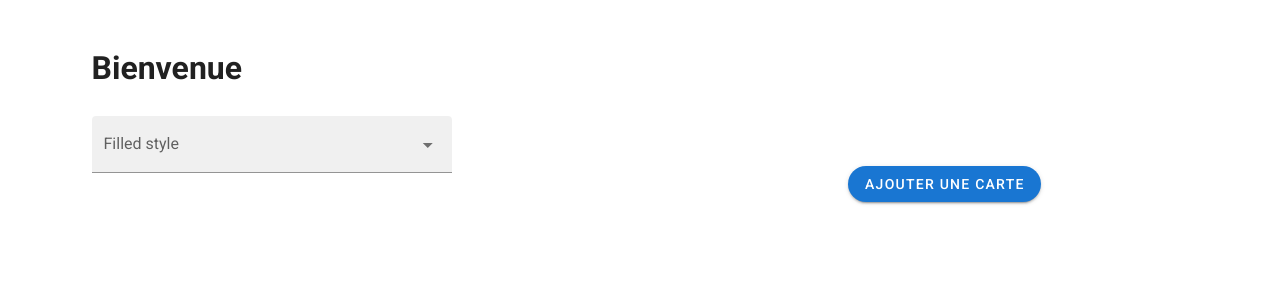
Repository: SidneyHodieb/myc
Page: /
These files come from the project's save history. The page is drawn as it stood at one moment and after the next save; the edit follows.
The browser window is 1280 px wide. The pictures show the whole page.
The project was rebuilt for these pictures with package versions that can differ from the ones it lists, and the page was loaded fresh each time. Also part of the build but not shown: vue.config.js.

Above is the page before, as saved 2021-04-01 23:17:45.

### src/App.vue
<template>
  <v-app>
    <v-main>
      <router-view></router-view>
    </v-main>
  </v-app>
</template>

<script>

export default {
  name: 'App',
  data: () => ({
    //
  }),
};
</script>

### src/views/Home.vue
<template>
  <v-container>
    <v-row class="mt-5 ml-5">
      <v-col cols="12" sm="12">
        <h1>Bienvenue</h1>
      </v-col>
      <v-col class="d-flex" sm="4">
        <v-select :items="items" filled label="Filled style"></v-select>
      </v-col>
     <v-col offset-md="2" sm="6" style="margin-top:50px">
      <div class="text-center">
        <v-btn rounded color="primary" dark offset-md="8">
          Ajouter une carte
        </v-btn>
      </div>
      </v-col>
    </v-row>
  </v-container>
</template>

<script>
// @ is an alias to /src

export default {
  components: {},
};
</script>

Loaded but not shown: public/index.html (common file); src/main.js (common file); src/router/index.js (common file); src/store/index.js (common file); src/plugins/vuetify.js (common file)

After the next save:
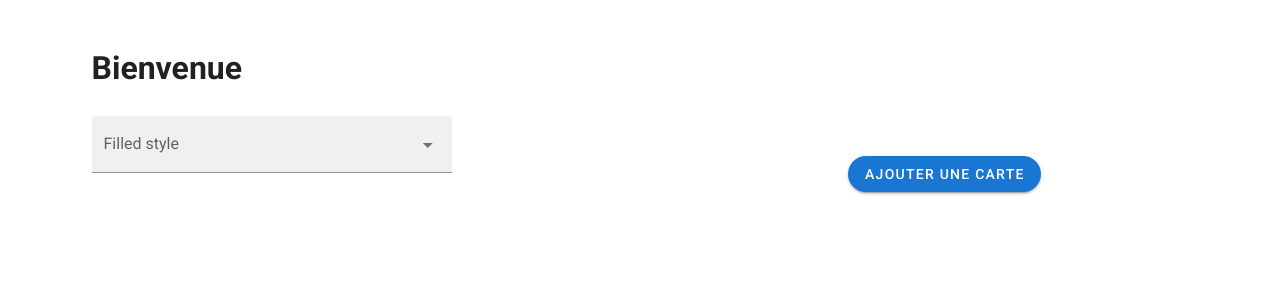
Saved 4 s later.
--- a/src/views/Home.vue
+++ b/src/views/Home.vue
@@ -7,7 +7,7 @@
       <v-col class="d-flex" sm="4">
         <v-select :items="items" filled label="Filled style"></v-select>
       </v-col>
-     <v-col offset-md="2" sm="6" style="margin-top:50px">
+     <v-col offset-md="2" sm="6" style="margin-top:40px">
       <div class="text-center">
         <v-btn rounded color="primary" dark offset-md="8">
           Ajouter une carte

After the save that followed:
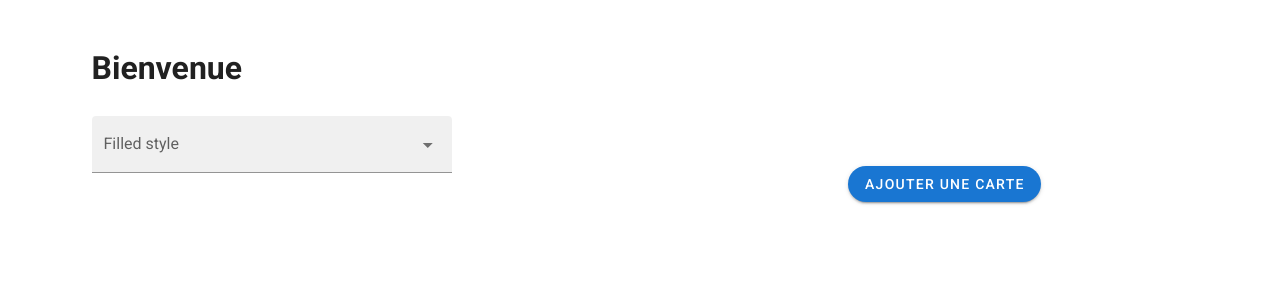
Saved 4 s later.
--- a/src/views/Home.vue
+++ b/src/views/Home.vue
@@ -7,7 +7,7 @@
       <v-col class="d-flex" sm="4">
         <v-select :items="items" filled label="Filled style"></v-select>
       </v-col>
-     <v-col offset-md="2" sm="6" style="margin-top:40px">
+     <v-col offset-md="2" sm="6" style="margin-top:50px">
       <div class="text-center">
         <v-btn rounded color="primary" dark offset-md="8">
           Ajouter une carte
